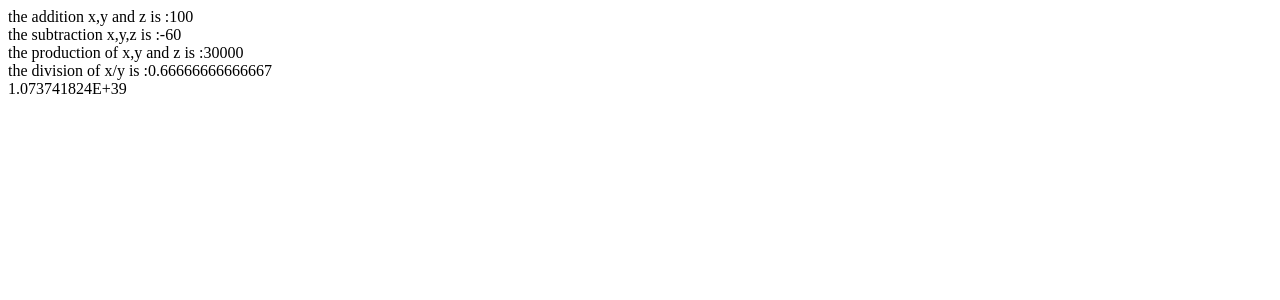
Repository: wakoya-tech/Node-js
Page: http://localhost/
An editor plug-in stored every save of this project. The page is shown before and after the next save, followed by the edit.
The browser window is 1280 px wide. The pictures show the whole page.
The page is run by PHP 8.4 with error messages shown; the project is at /var/www/html/.

Above is the page before, as saved 2025-12-09 10:56:15.

After the next save:
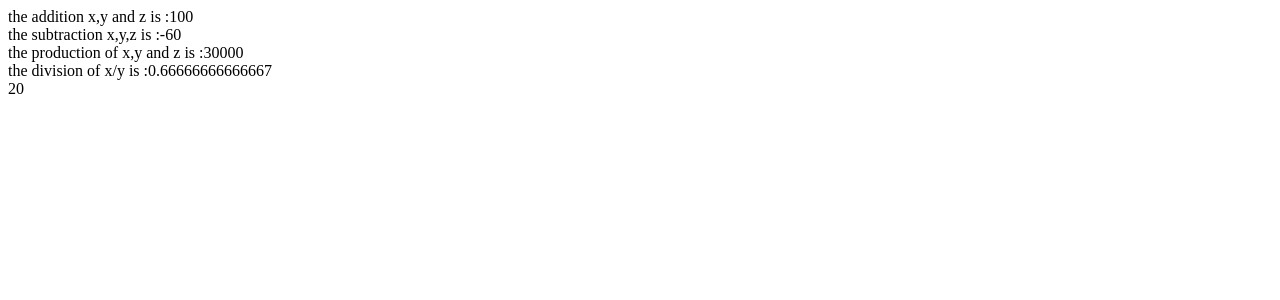
Saved 17 s later.
--- a/Documents/MyPhp/index.php
+++ b/Documents/MyPhp/index.php
@@ -41,5 +41,5 @@ echo "the subtraction x,y,z is :{$sub} <br>";
 echo "the production of x,y and z is :{$pro} <br>";
 echo "the division of x/y is :{$div}<br>";
 //echo $z;
-echo $x ** $y;
+echo $x % $y;
 ?>
